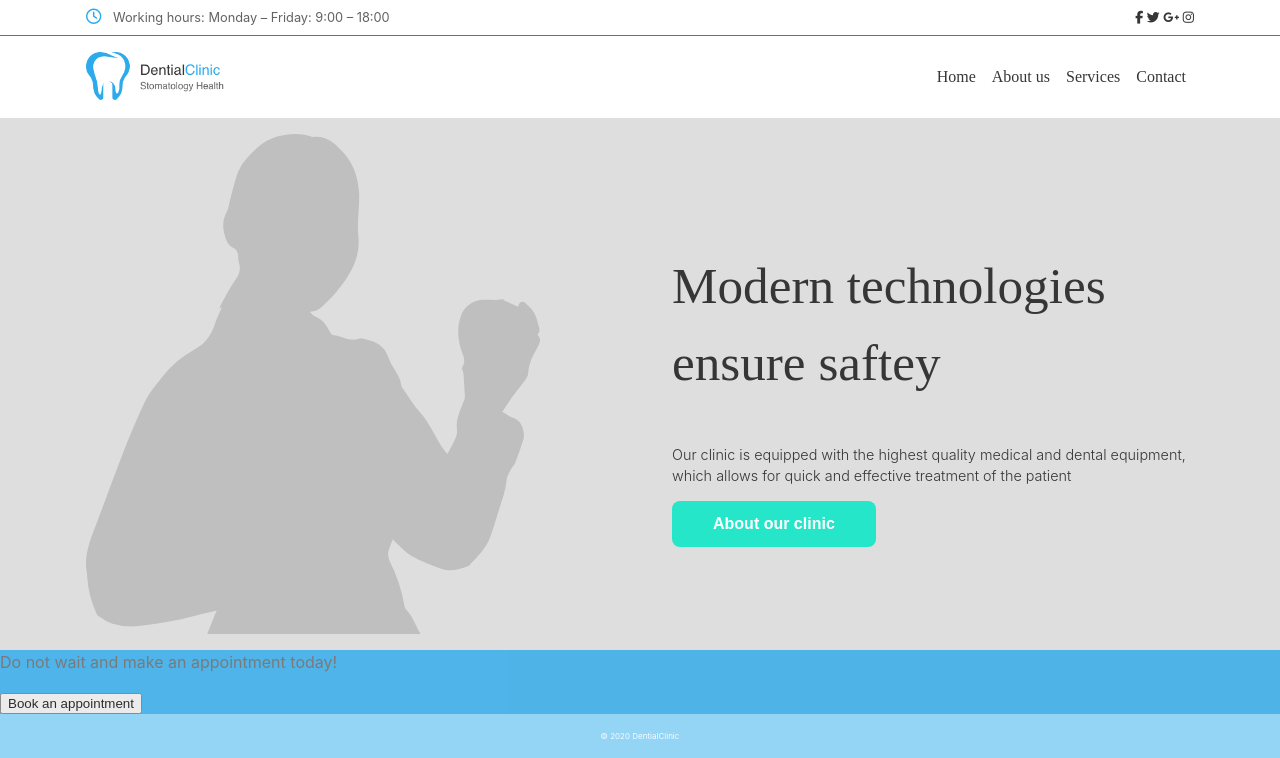
Repository: skepp4rn/uppgift1
Page: index.html
An editor plug-in stored every save of this project. The page is shown before and after the next save, followed by the edit.
The browser window is 1280 px wide. The pictures show the whole page.
Some web libraries are served in a nearby version.

Above is the page before, as saved 2020-12-01 17:58:55.

### index.html
<!DOCTYPE html>
<html lang="en">
<head>
    <meta charset="UTF-8">
    <meta name="viewport" content="width=device-width, initial-scale=1.0">
    <title>Document</title>

    <script src="https://kit.fontawesome.com/0abbda2fd3.js" crossorigin="anonymous"></script>
    <link rel="stylesheet" href="style.css">
</head>
<body>

    <nav class="navbar-top collapse">
        <div class="container">
            <div class="hours">
                <i class="far fa-clock"></i>
                Working hours: Monday – Friday: 9:00 – 18:00
            </div>
            <div class="#">
                <a href="#"><i class="fab fa-facebook-f"></i></a>
                <a href="#"><i class="fab fa-twitter"></i></a>
                <a href="#"><i class="fab fa-google-plus-g"></i></a>
                <a href="#"><i class="fab fa-instagram"></i></a>
            </div>
        </div>
    </nav>

    <nav class="navbar ">
        <div class="container">
            <a class="navbar-brand" href="#" >
                <img src="images/Logo.png" alt="">
            </a>
            <button class="navbar-toggler">
                <i class="fas fa-bars"></i>
            </button>
            <div class="collapse navbar-collapse">
                <div class="navbar-nav">
                    <a class="nav-link" href="#">Home</a>
                    <a class="nav-link" href="#">About us</a>
                    <a class="nav-link" href="#">Services</a>
                    <a class="nav-link" href="#">Contact</a>
                </div>
            </div>
        </div>
    </nav>

    <section id="showcase" class="bg-gray">
        <div class="container">
            <img src="images/placehold-girl.svg" alt="">
            <div class="content-box">
                <div class="content">
                    <h1>Modern technologies ensure saftey</h1>
                    <p>Our clinic is equipped with the highest quality medical and dental equipment, which allows for quick and effective treatment of the patient</p>
                    <button class="btn btn-green">About our clinic</button>
                </div>
            </div>
        </div>
    </section>












   <div class="grid">
        <section id="appointment">
            <div class="overlay">
                <p>Do not wait and make an appointment today!</p>
                <button>Book an appointment</button>
            </div>
        </section>
        <footer class="bg-blue">© 2020 DentialClinic</footer>
    </div>

</body>
</html>

### style.css
* {
    box-sizing: border-box;
}

html, body {
    font-weight: 400;
    font-family: -apple-system, BlinkMacSystemFont, 'Segoe UI', Roboto, Oxygen, Ubuntu, Cantarell, 'Open Sans', 'Helvetica Neue', sans-serif;
    line-height: 1.5;
    font-size: 16px;
    margin: 0;
    padding: 0;
    color: #626262;
}

.border {
    border: 1px solid black;
}

a {
    color: #363636;
    text-decoration: none;
    background-color: transparent;
}

a:hover {
    color: #25E6C8;
}

.bg-dark {
   background: #333333;
   color: #ffffff;
}

.bg-light {
    background: #f7f7f7;
    color: #333333;
}

.bg-gray {
    background-color: #DEDEDE;

}



.btn {
    display: inline-block;
    font-weight: 400;
    text-align: center;
    vertical-align: middle;
    padding: 0.80rem 2.5rem;
    border-radius: 0.5rem;
    border: 1px solid transparent;
    background-color: transparent;
    font-size: 1rem;

}

.btn-green {
    color: #ffffff;
    background-color: #25E6C8;
    font-weight: bold;


}

.btn-green:hover {
    cursor: pointer;
    background-color: #2BAAEC;
}



.collapse:not(.show) {
    display: none;
}

.container {
    width: 100%;
    padding: 0 1rem;
    margin: 0 auto;
}

.navbar-top {
    border-bottom: 1px solid #707070;
}

.navbar, .navbar-top {
    display: flex;
    justify-content: space-between;
    padding: 0.5rem 1rem;
}

.navbar .container, .navbar-top .container {
    display: flex;
    justify-content: space-between;
    align-items: center;
}

.navbar-top .container {
    font-size: 0.8rem;
}

.navbar-top .container .hours {
    color:#626262;
}

.navbar-top .container .hours i {
    color: #2BAAEC;
    margin-right: 0.5rem;
    font-size: 1.2em;
}

.navbar-top .container .socialmedia a {
    margin: 0 0.5rem;

}

.navbar-brand {
    display: inline-block;
    font-size: 1.5rem;
    color: black;
    margin-right: 1rem;
}

.navbar-brand img {
    height: 3rem;
    margin-top: 0.5rem;
}


.navbar-toggler {
    font-size: 2.5rem;
    color:#2BAAEC;
    background-color: transparent;
    border: 1px solid transparent;
}

.navbar-collapse {
    align-items: center;
}

.navbar-nav {
    display: flex;
    flex-direction: column;
    font-family: 'Roboto Slab', serif;

}

.nav-link {
    padding: 0;
    text-decoration: none;
}



#showcase .container {
    display: grid;
    grid-template-columns: 1fr 1fr;
    column-gap: 4rem;

    align-items: center;
}

#showcase .container img {
    height: 500px;
    margin-top: 1rem;


}

#showcase .container .content-box {
    align-self: center;
    color: #363636;
    font-weight: 300;
}

.content-box .content h1 {
    font-size: 3.2rem;
    font-family: 'Roboto Slab', serif;
    font-weight: 300;

}

.content-box .content p {
    font-size: 0.9rem;
}


.grid {
    display: grid;

    grid-template-columns: 1fr;
    grid-template-areas:    "he"
                            "sh"
                            "ab"
                            "se"
                            "ap"
                            "fo";
}


#appointment {
    background-color: #DEDEDE;
}

.overlay {
    opacity: 80%;
    background-color: #2BAAEC;
}


footer {
    background-color: #2BAAEC;
    color: #f3fbff;
    text-align: center;
    padding: 1rem 0rem;
    font-size: 0.5rem;
    opacity: 0.5;

}










@media (min-width: 768px) {
    .nav-link {
        padding-right: 0.5rem;
        padding-left: 0.5rem;
    }

    .navbar-nav {
        flex-direction: row;
    }

    .navbar-toggler {
        display: none;
    }

    .collapse:not(.show) {
        display: flex;
    }

    .container {
        max-width: 720px;
    }

}

@media (min-width: 992px) {
    .container {
        max-width: 960px;
    }
}

@media (min-width: 1200px) {
    .container {
        max-width: 1140px;
    }
}

After the next save:
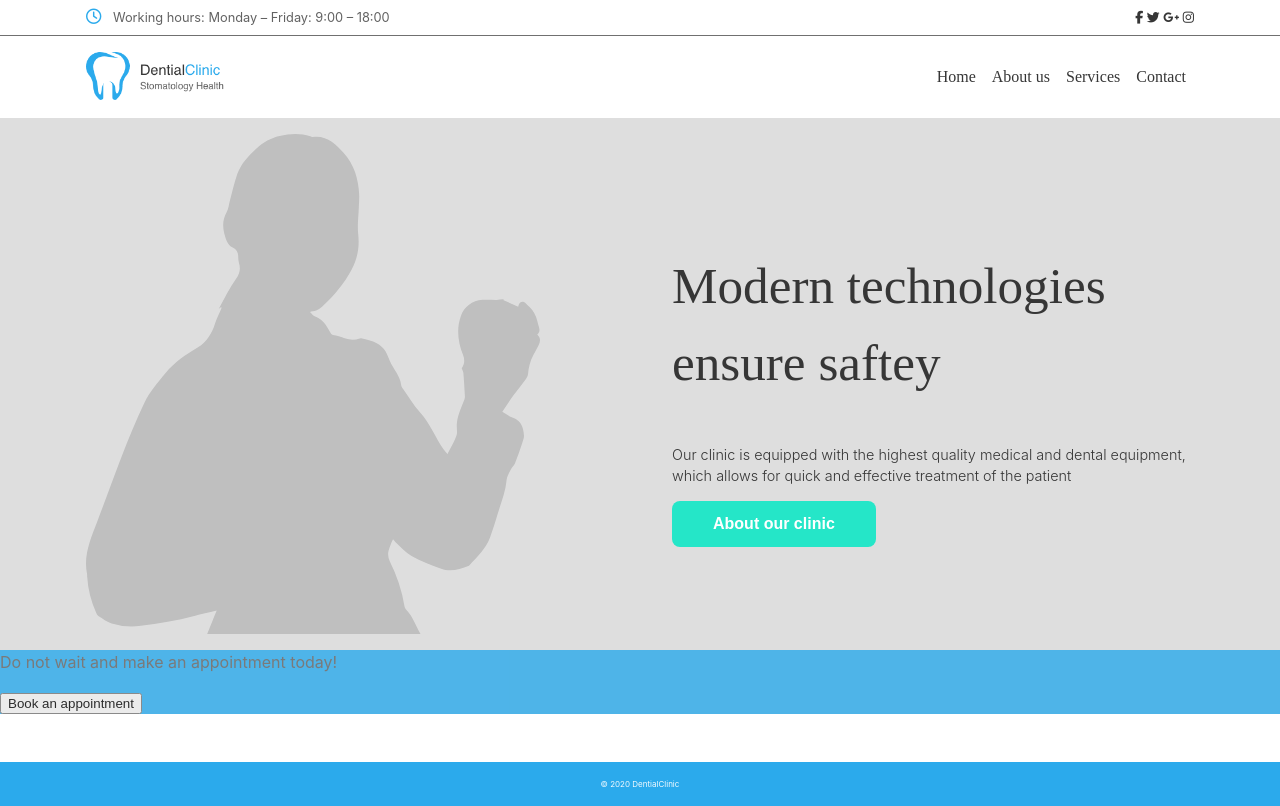
Saved 43 s later.
--- a/style.css
+++ b/style.css
@@ -216,7 +216,8 @@ footer {
     text-align: center;
     padding: 1rem 0rem;
     font-size: 0.5rem;
-    opacity: 0.5;
+    margin-top: 3rem;
+
 
 }
 
